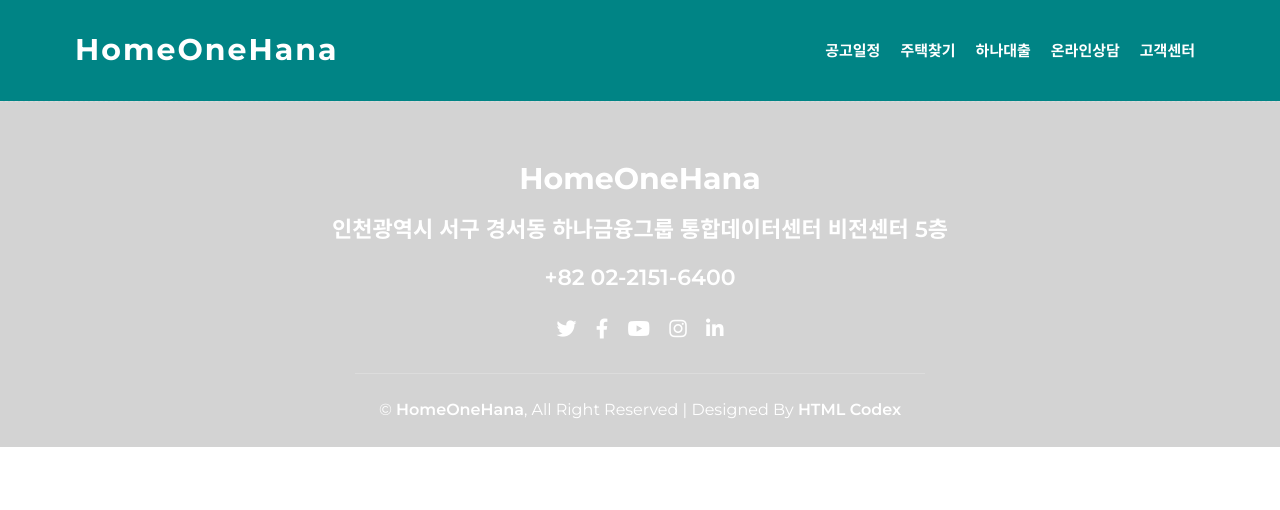
Repository: koposoftware/2021_10_syyoon
Page: http://localhost/HomeOneHana/WEB-INF/jsp/mypage/mypage.jsp
These files come from the project's save history. The page is drawn as it stood at one moment and after the next save; the edit follows.
The browser window is 1280 px wide. The pictures show the whole page.
Some web libraries are served in a nearby version. The page is served by Tomcat 9. Nobody is signed in. Other server files are loaded and not shown. The template is opened directly, without the code that normally fills it, so the values that code supplies are empty.

Above is the page before, as saved 2021-09-15 05:52:01.

### project/Spring-mvc/HomeOneHana/src/main/webapp/WEB-INF/jsp/mypage/mypage.jsp
<%@ page language="java" contentType="text/html; charset=UTF-8"
    pageEncoding="UTF-8"%>
<!DOCTYPE html>
<html>
<head>
<meta charset="UTF-8">
<title>HomeOneHana::</title>
<link href="${ pageContext.request.contextPath }/resources/css/top/menubg.css" rel="stylesheet">
</head>
<body>
	<header>
		<div class="limiter">
			<div class="container-login100">
				<div class="wrap-login100">
					<jsp:include page="../include/topMenu.jsp" />
				</div>
			</div>
		</div>

	</header>
	<section>
	</section>
	<footer>
		<jsp:include page="../include/bottomMenu.jsp" />
	</footer>
</body>
</html>

### project/Spring-mvc/HomeOneHana/src/main/webapp/WEB-INF/jsp/include/topMenu.jsp
<%@ page language="java" contentType="text/html; charset=UTF-8"
    pageEncoding="UTF-8"%>
<%@ taglib prefix="c" uri="http://java.sun.com/jsp/jstl/core" %>

        <meta content="width=device-width, initial-scale=1.0" name="viewport">
        <meta content="Free Website Template" name="keywords">
        <meta content="Free Website Template" name="description">


		<!-- font-awesome icon  -->
		<link href="//maxcdn.bootstrapcdn.com/font-awesome/4.1.0/css/font-awesome.min.css" rel="stylesheet" />

        <!-- Favicon -->
        <!-- <link href="/Practice-Web/Front/img/favicon.ico" rel="icon"> -->

        <!-- Google Font -->
        <link href="https://fonts.googleapis.com/css2?family=Montserrat:wght@300;400;500;600;700&display=swap" rel="stylesheet">
		<link href="https://fonts.googleapis.com/css2?family=Noto+Sans+KR:wght@100&display=swap" rel="stylesheet">

        <!-- CSS Libraries -->
        <link href="https://stackpath.bootstrapcdn.com/bootstrap/4.4.1/css/bootstrap.min.css" rel="stylesheet">
        <link href="https://cdnjs.cloudflare.com/ajax/libs/font-awesome/5.10.0/css/all.min.css" rel="stylesheet">

        <link href="${ pageContext.request.contextPath }/resources/lib/animate/animate.min.css" rel="stylesheet">
        <link href="${ pageContext.request.contextPath }/resources/lib/owlcarousel/assets/owl.carousel.min.css" rel="stylesheet">
        <link href="${ pageContext.request.contextPath }/resources/lib/lightbox/css/lightbox.min.css" rel="stylesheet">



        <!-- Template Stylesheet -->
        <link href="${ pageContext.request.contextPath }/resources/css/style.css" rel="stylesheet">

<!-- Nav Bar Start -->
<div class="navbar navbar-expand-lg bg-light navbar-light">
    <div class="container-fluid">
        <a href="${ pageContext.request.contextPath }/" class="navbar-brand">HomeOneHana</a>
        <button type="button" class="navbar-toggler" data-toggle="collapse" data-target="#navbarCollapse">
            <span class="navbar-toggler-icon"></span>
        </button>

        <div class="collapse navbar-collapse justify-content-between" id="navbarCollapse">
            <div class="navbar-nav ml-auto">
                <!-- <a href="Front/index2.jsp" class="nav-item nav-link active">Home</a> -->
                <a href="${ pageContext.request.contextPath }/schedule" class="nav-item nav-link">공고일정</a>
                <a href="${ pageContext.request.contextPath }/search" class="nav-item nav-link">주택찾기</a>
                <a href="${ pageContext.request.contextPath }/loan" class="nav-item nav-link">하나대출</a>
                <a href="${ pageContext.request.contextPath }/consult/reservation" class="nav-item nav-link">온라인상담</a>
                <a href="#" class="nav-item nav-link">고객센터</a>


                <%--로그인사용자만 접근가능 --%>
                <c:if test="${ not empty sessionScope.loginVO  }">
	               	<a href="${ pageContext.request.contextPath }/logout" class="nav-item nav-link">로그아웃</a>
	                <a href="#" class="nav-item nav-link"><i class="fas fa-user-circle fa-3x"></i></a>
                </c:if>

            </div>
        </div>
    </div>
</div>

### project/Spring-mvc/HomeOneHana/src/main/webapp/WEB-INF/jsp/include/bottomMenu.jsp
<%@ page language="java" contentType="text/html; charset=UTF-8"
    pageEncoding="UTF-8"%>
		<!-- Footer Start -->
        <div class="footer wow fadeIn" data-wow-delay="0.3s">
            <div class="container-fluid">
                <div class="container">
                    <div class="footer-info">
                        <h2>HomeOneHana</h2>
                        <h3>인천광역시 서구 경서동 하나금융그룹 통합데이터센터 비전센터 5층</h3>
                        <div class="footer-menu">
                            <p>+82 02-2151-6400</p>
                        </div>
                        <div class="footer-social">
                            <a href=""><i class="fab fa-twitter"></i></a>
                            <a href=""><i class="fab fa-facebook-f"></i></a>
                            <a href=""><i class="fab fa-youtube"></i></a>
                            <a href=""><i class="fab fa-instagram"></i></a>
                            <a href=""><i class="fab fa-linkedin-in"></i></a>
                        </div>
                    </div>
                </div>
                <div class="container copyright">
                    <p>&copy; <a href="#">HomeOneHana</a>, All Right Reserved | Designed By <a href="https://htmlcodex.com">HTML Codex</a></p>
                </div>
            </div>
        </div>
        <!-- Footer End -->


        <!-- Back to top button -->
        <a href="#" class="btn back-to-top"><i class="fa fa-chevron-up"></i></a>


        <!-- Pre Loader -->
        <div id="loader" class="show">
            <div class="loader"></div>
        </div>


		<!-- JavaScript Libraries -->
        <script src="https://code.jquery.com/jquery-3.4.1.min.js"></script>
        <script src="https://stackpath.bootstrapcdn.com/bootstrap/4.4.1/js/bootstrap.bundle.min.js"></script>
        <script src="${ pageContext.request.contextPath }/resources/lib/easing/easing.min.js"></script>
        <script src="${ pageContext.request.contextPath }/resources/lib/wow/wow.min.js"></script>
        <script src="${ pageContext.request.contextPath }/resources/lib/waypoints/waypoints.min.js"></script>
        <script src="${ pageContext.request.contextPath }/resources/lib/typed/typed.min.js"></script>
        <script src="${ pageContext.request.contextPath }/resources/lib/owlcarousel/owl.carousel.min.js"></script>
        <script src="${ pageContext.request.contextPath }/resources/lib/isotope/isotope.pkgd.min.js"></script>
        <script src="${ pageContext.request.contextPath }/resources/lib/lightbox/js/lightbox.min.js"></script>

        <!-- Contact Javascript File -->
        <script src="${ pageContext.request.contextPath }/resources/mail/jqBootstrapValidation.min.js"></script>
        <script src="${ pageContext.request.contextPath }/resources/mail/contact.js"></script>

        <!-- Template Javascript -->
        <script src="${ pageContext.request.contextPath }/resources/js/main.js"></script>

### project/Spring-mvc/HomeOneHana/src/main/webapp/resources/css/top/menubg.css
@charset "UTF-8";


header{
	height:101px;
	background-color:#008485;
}
@media(max-width:992px){
	header{
		height:70px;
	}
}

Loaded but not shown: project/Spring-mvc/HomeOneHana/src/main/webapp/resources/lib/animate/animate.min.css (library); project/Spring-mvc/HomeOneHana/src/main/webapp/resources/lib/owlcarousel/assets/owl.carousel.min.css (common file); project/Spring-mvc/HomeOneHana/src/main/webapp/resources/lib/lightbox/css/lightbox.min.css (common file); project/Spring-mvc/HomeOneHana/src/main/webapp/resources/lib/easing/easing.min.js (common file); project/Spring-mvc/HomeOneHana/src/main/webapp/resources/lib/wow/wow.min.js (library); project/Spring-mvc/HomeOneHana/src/main/webapp/resources/lib/waypoints/waypoints.min.js (library); project/Spring-mvc/HomeOneHana/src/main/webapp/resources/lib/typed/typed.min.js (library); project/Spring-mvc/HomeOneHana/src/main/webapp/resources/lib/owlcarousel/owl.carousel.min.js (library); project/Spring-mvc/HomeOneHana/src/main/webapp/resources/lib/isotope/isotope.pkgd.min.js (library); project/Spring-mvc/HomeOneHana/src/main/webapp/resources/lib/lightbox/js/lightbox.min.js (library); project/Spring-mvc/HomeOneHana/src/main/webapp/resources/mail/jqBootstrapValidation.min.js (library); project/Spring-mvc/HomeOneHana/src/main/webapp/resources/js/main.js (108 lines, source omitted); project/Spring-mvc/HomeOneHana/src/main/webapp/resources/mail/contact.js (65 lines, source omitted); project/Spring-mvc/HomeOneHana/src/main/webapp/resources/css/style.css (1648 lines, source omitted)

After the next save:
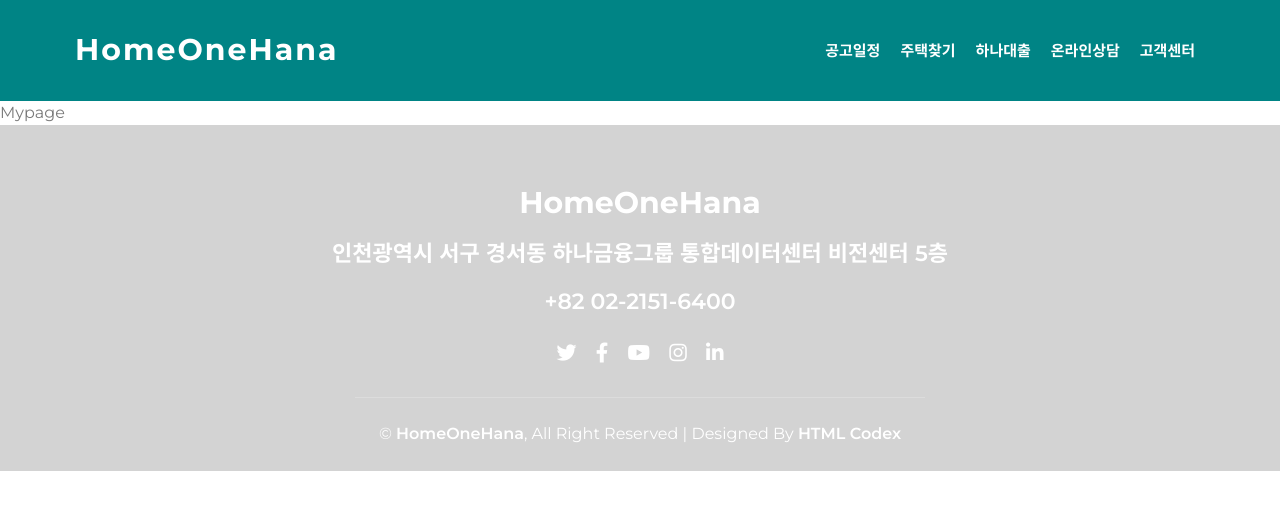
Saved 5 s later.
--- a/project/Spring-mvc/HomeOneHana/src/main/webapp/WEB-INF/jsp/mypage/mypage.jsp
+++ b/project/Spring-mvc/HomeOneHana/src/main/webapp/WEB-INF/jsp/mypage/mypage.jsp
@@ -19,6 +19,7 @@
 
 	</header>
 	<section>
+		Mypage
 	</section>
 	<footer>
 		<jsp:include page="../include/bottomMenu.jsp" />
